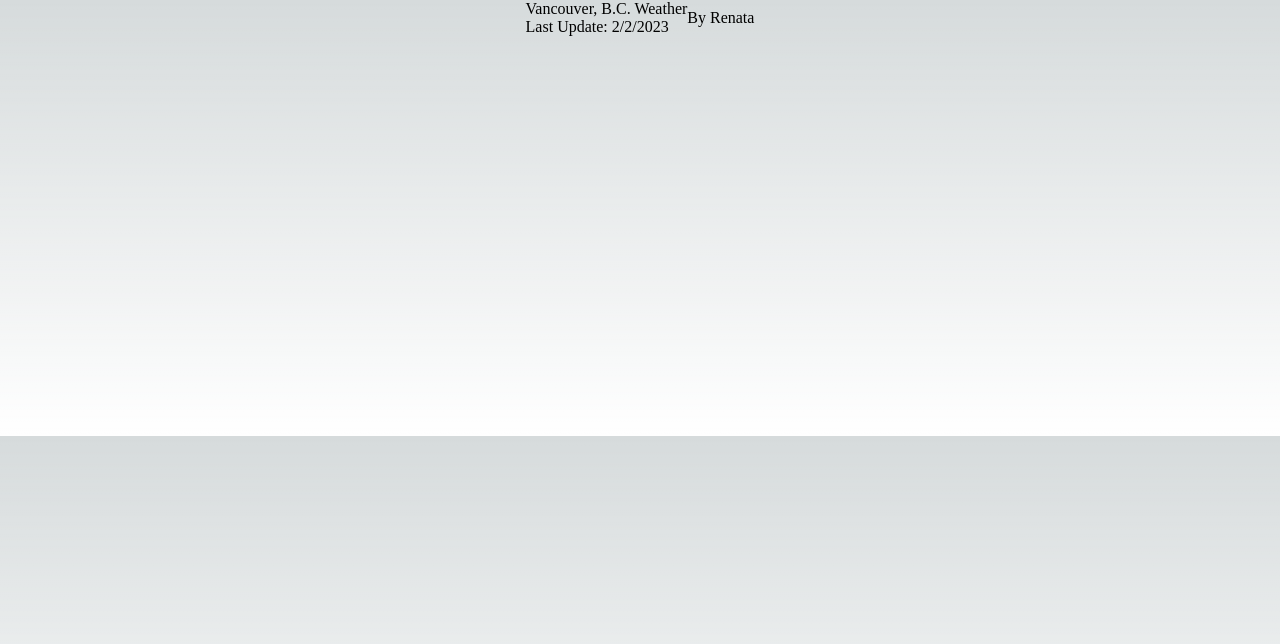
Repository: RenataDzotova/WeatherMate
Page: /
The author's editor kept a copy of each file at every save. The page is drawn from the files as they stood at one save, then again after the next save.
The browser window is 1280 px wide. The pictures show the whole page.
The project was rebuilt for these pictures with package versions that can differ from the ones it lists, and the page was loaded fresh each time. The framework's server and built-in components were replaced by stand-ins that run in the browser. Also part of the build but not shown: next.config.js.

Above is the page before, as saved 2023-02-23 21:25:39.

### pages/index.js
import Head from 'next/head'
import Image from 'next/image'
import { Inter } from '@next/font/google'
import styles from '@/styles/Home.module.css'
import { useEffect, useRef, useState } from 'react'
import axios from 'axios'
import { FlexBox, Wrapper } from '@/styles/global'

export default function Home() {

  var apiKey = "f1c3aba9f416efdb16702d2866709e98";
  const location = "vancouver";
  var lang = "en";
  var units = "metric";
  const url = `https://api.openweathermap.org/data/2.5/forecast?q=${location}&units=${units}&appid=${apiKey}&lang=${lang}`;

  const [data, setData] = useState();
  const grabWeather = useRef(false);

  const fetchWeather = async () => {
    const response = await axios.get(url);
    console.log(response);

    console.log(response.data.list);
    const arrayOfDays = [];

    let weatherData = response.data.list.map((weather, index)=>{
      console.log(parseInt(weather.dt_txt.substr(8,2),10))
      let num = parseInt(weather.dt_txt.substr(8,2),10)

      if (num !== arrayOfDays.find(element => element === num)) {
        arrayOfDays.push(num);
        console.log("Here");
        console.log(response.data.list[index]);

        var month = '';
        var icon = '';

        if (weather.dt_txt.substr(5,2) == 1){
          month = 'January';
        } else if (weather.dt_txt.substr(5,2) == 2){
          month = 'February';
        }else if (weather.dt_txt.substr(5,2) == 3){
          month = 'March';
        }else if (weather.dt_txt.substr(5,2) == 4){
          month = 'April';
        }else if (weather.dt_txt.substr(5,2) == 5){
          month = 'May';
        }else if (weather.dt_txt.substr(5,2) == 6){
          month = 'June';
        }else if (weather.dt_txt.substr(5,2) == 7){
          month = 'July';
        }else if (weather.dt_txt.substr(5,2) == 8){
          month = 'August';
        }else if (weather.dt_txt.substr(5,2) == 9){
          month = 'September';
        }else if (weather.dt_txt.substr(5,2) == 10){
          month = 'October';
        }else if (weather.dt_txt.substr(5,2) == 11){
          month = 'November';
        }else if (weather.dt_txt.substr(5,2) == 12){
          month = 'December';
        }

        if (weather.weather[0].main == "Clouds"){
          icon = '/weather icons/clouds.svg'
        } else if(weather.weather[0].main == "Clear"){
          icon = '/weather icons/sun.svg'
        }else if(weather.weather[0].main == "Atmosphere"){
          icon = '/weather icons/mist.svg'
        }else if(weather.weather[0].main == "Rain"){
          icon = '/weather icons/rain.svg'
        }else if(weather.weather[0].main == "Drizzle"){
          icon = '/weather icons/rain.svg'
        }else if(weather.weather[0].main == "Snow"){
          icon = '/weather icons/snow.svg'
        }else if(weather.weather[0].main == "Thunderstorm"){
          icon = '/weather icons/thunderstorm.svg'
        }


        var now = new Date(weather.dt_txt);
        var days = ["Sunday", "Monday", "Tuesday", "Wednsday", "Thursday", "Friday", "Saturday"];
        var day = days[now.getDay()];

        return(
          <FlexBox width="100%" key={index}>
            <Image
            src={icon}
            alt={icon}
            width={180}
            height={180}
            priority
            />
            <p>
              {day} <br /> {month} {weather.dt_txt.substr(8,2)}, {weather.dt_txt.substr(0,4)}
            </p>
            <FlexBox>{weather.main.temp.toFixed(1)}°</FlexBox>
            <FlexBox>{weather.weather[0].main}</FlexBox>
          </FlexBox>
        )
      }
    })
    console.log(arrayOfDays);
    setData(weatherData);
  }

  useEffect (() => {
    if(grabWeather.current === true) {
      fetchWeather();
    }

    return () => {
      grabWeather.current = true;
    }
  }, [])

  const current = new Date();
  const date = `${current.getDate()}/${current.getMonth()+1}/${current.getFullYear()}`


  return (
    <>
      {/* <Head>
        <title>Create Next App</title>
        <meta name="description" content="Generated by create next app" />
        <meta name="viewport" content="width=device-width, initial-scale=1" />
        <link rel="icon" href="/logo.svg.ico" />
      </Head> */}
      <Wrapper height="fit-content">
        <FlexBox dir="column" width="100%">

          <FlexBox width="100%" justifyContent="center" alignItems="center">
            <FlexBox width="fit-content">
              Vancouver, B.C. Weather <br/>
              Last Update: {date}
            </FlexBox>
            <FlexBox>
              <FlexBox>
                By{' '}
                Renata
              </FlexBox>
            </FlexBox>
          </FlexBox>

            <FlexBox width="100%" justifyContent="center" alignItems="center">
            <Image
            className={styles.logo}
            src="/logo.svg"
            alt="Next.js Logo"
            width={700}
            height={400}
            priority
            />
            </FlexBox>

          <FlexBox dir="column" width="100%">
            {data}
          </FlexBox>

        </FlexBox>
      </Wrapper>
    </>
  )
}

### styles/Home.module.css
.main {
  display: flex;
  flex-direction: column;
  justify-content: space-between;
  align-items: center;
  padding: 6rem;
  min-height: 100vh;
}

.description {
  display: inherit;
  justify-content: inherit;
  align-items: inherit;
  font-size: 0.85rem;
  max-width: var(--max-width);
  width: 100%;
  z-index: 2;
  font-family: var(--font-mono);
}

.description a {
  display: flex;
  justify-content: center;
  align-items: center;
  gap: 0.5rem;
}

.description p {
  position: relative;
  margin: 0;
  padding: 1rem;
  background-color: rgba(var(--callout-rgb), 0.5);
  border: 1px solid rgba(var(--callout-border-rgb), 0.3);
  border-radius: var(--border-radius);
}

.code {
  font-weight: 700;
  font-family: var(--font-mono);
}

.grid {
  display: grid;
  grid-template-columns: repeat(5, minmax(20%, auto));
  width: var(--max-width);
  max-width: 100%;
}

.card {
  padding: 1rem 1.2rem;
  border-radius: var(--border-radius);
  background: rgba(var(--card-rgb), 0);
  border: 1px solid rgba(var(--card-border-rgb), 0);
  transition: background 200ms, border 200ms;
}

.card span {
  display: inline-block;
  transition: transform 200ms;
}

.card h2 {
  font-weight: 600;
  margin-bottom: 0.7rem;
}

.card p {
  margin: 0;
  opacity: 0.6;
  font-size: 0.9rem;
  line-height: 1.5;
  max-width: 30ch;
}

.center {
  display: flex;
  justify-content: center;
  align-items: center;
  position: relative;
  padding: 4rem 0;
}

.center::before {
  background: var(--secondary-glow);
  border-radius: 50%;
  width: 480px;
  height: 360px;
  margin-left: -400px;
}

.center::after {
  background: var(--primary-glow);
  width: 240px;
  height: 180px;
  z-index: -1;
}

.center::before,
.center::after {
  content: '';
  left: 50%;
  position: absolute;
  filter: blur(45px);
  transform: translateZ(0);
}

.logo,
.thirteen {
  position: relative;
}

.thirteen {
  display: flex;
  justify-content: center;
  align-items: center;
  width: 75px;
  height: 75px;
  padding: 25px 10px;
  margin-left: 16px;
  transform: translateZ(0);
  border-radius: var(--border-radius);
  overflow: hidden;
  box-shadow: 0px 2px 8px -1px #0000001a;
}

.thirteen::before,
.thirteen::after {
  content: '';
  position: absolute;
  z-index: -1;
}

/* Conic Gradient Animation */
.thirteen::before {
  animation: 6s rotate linear infinite;
  width: 200%;
  height: 200%;
  background: var(--tile-border);
}

/* Inner Square */
.thirteen::after {
  inset: 0;
  padding: 1px;
  border-radius: var(--border-radius);
  background: linear-gradient(
    to bottom right,
    rgba(var(--tile-start-rgb), 1),
    rgba(var(--tile-end-rgb), 1)
  );
  background-clip: content-box;
}

/* Enable hover only on non-touch devices */
@media (hover: hover) and (pointer: fine) {
  .card:hover {
    background: rgba(var(--card-rgb), 0.1);
    border: 1px solid rgba(var(--card-border-rgb), 0.15);
  }

  .card:hover span {
    transform: translateX(4px);
  }
}

@media (prefers-reduced-motion) {
  .thirteen::before {
    animation: none;
  }

  .card:hover span {
    transform: none;
  }
}

/* Mobile */
@media (max-width: 700px) {
  .content {
    padding: 4rem;
  }

  .grid {
    grid-template-columns: 1fr;
    margin-bottom: 120px;
    max-width: 320px;
    text-align: center;
  }

  .card {
    padding: 1rem 2.5rem;
  }

  .card h2 {
    margin-bottom: 0.5rem;
  }

  .center {
    padding: 8rem 0 6rem;
  }

  .center::before {
    transform: none;
    height: 300px;
  }

  .description {
    font-size: 0.8rem;
  }

  .description a {
    padding: 1rem;
  }

  .description p,
  .description div {
    display: flex;
    justify-content: center;
    position: fixed;
    width: 100%;
  }

  .description p {
    align-items: center;
    inset: 0 0 auto;
    padding: 2rem 1rem 1.4rem;
    border-radius: 0;
    border: none;
    border-bottom: 1px solid rgba(var(--callout-border-rgb), 0.25);
    background: linear-gradient(
      to bottom,
      rgba(var(--background-start-rgb), 1),
      rgba(var(--callout-rgb), 0.5)
    );
    background-clip: padding-box;
    backdrop-filter: blur(24px);
  }

  .description div {
    align-items: flex-end;
    pointer-events: none;
    inset: auto 0 0;
    padding: 2rem;
    height: 200px;
    background: linear-gradient(
      to bottom,
      transparent 0%,
      rgb(var(--background-end-rgb)) 40%
    );
    z-index: 1;
  }
}

/* Tablet and Smaller Desktop */
@media (min-width: 701px) and (max-width: 1120px) {
  .grid {
    grid-template-columns: repeat(2, 50%);
  }
}

@media (prefers-color-scheme: dark) {
  .vercelLogo {
    filter: invert(1);
  }

  .logo,
  .thirteen img {
    filter: invert(1) drop-shadow(0 0 0.3rem #ffffff70);
  }
}

@keyframes rotate {
  from {
    transform: rotate(360deg);
  }
  to {
    transform: rotate(0deg);
  }
}

### styles/global.js
import styled from 'styled-components'

export const FlexBox = styled.div`
    display:flex;
    justify-content:${props=>props.justifyContent || "center"};
    align-items:${props=>props.alignItems || "center"};
    flex-direction:${props=>props.dir || "row"};
    flex-wrap: ${props=>props.flexWrap};
    width: ${props=>props.width};
    height: ${props=>props.height};
    background-color: ${props=>props.bgColor};
    padding: ${props=>props.padding};
    margin: ${props=>props.margin || "0px"};
    min-height: ${props=>props.minHeight};
    max-height: ${props=>props.maxHeight};
    background-image: ${props=>props.linearGradient || "none"}, url(${props=>props.bgImage});
    background-position: ${props=>props.bgPosition || "center"};
    background-size: ${props=>props.bgSize || "cover"};
    background-repeat: ${props=>props.bgRepeat};
    border-radius:${props=>props.borderRadius};
    filter: ${props=>props.filter};
    border: ${props=>props.border};
    z-index:${props=>props.zIndex};
    position: ${props=>props.position};
    top: ${props=>props.top};
    left:${props=>props.left};
    bottom: ${props=>props.bottom};
    border-bottom-style: ${props=>props.borderBottom};
    box-shadow: ${props=>props.boxShadow};
    border-top: ${props=>props.topBorder};
    border-bottom: ${props=>props.bottomBorder};
    color: ${props=>props.color};
    font-weight: ${props=>props.fontWeight};
    cursor: ${props=>props.cursor};
    max-width: ${props=>props.maxWidth};
    min-width: ${props=>props.minWidth};
    overflow-y: ${props=>props.overflowY};
    overflow-anchor: ${props=>props.overflowA};
    overflow-x: ${props=>props.overflowX};
`

export const Wrapper = styled(FlexBox) `
    width: 100vw;
    height: ${props=>props.height || "100vh"};
    padding:${props=>props.padding};
    overflow-x: ${props=>props.overflowX};
    overflow-y: ${props=>props.overflowY};
`

export const HorizontalScrollContainer = styled(FlexBox)`
    overflow-y: scroll;
    width: ${props=>props.width || "100vw"};
    scrollbar-width: none;

`

export const ImgPlaceholder = styled.div`
    width: ${props=>props.width || "134px"};
    height: ${props=>props.height || "154px"};
    border-radius: ${props=>props.borderRadius || "8px 0px 0px 8px"};
    background-image: url(${props=>props.bgImage});
    margin: ${props=>props.margin};
    position: ${props=>props.position};
    top: ${props=>props.top};
    background-position: center;
    background-size: cover;
`

Loaded but not shown: pages/_app.js (common file); pages/_document.js (common file); styles/globals.css (common file)

After the next save:
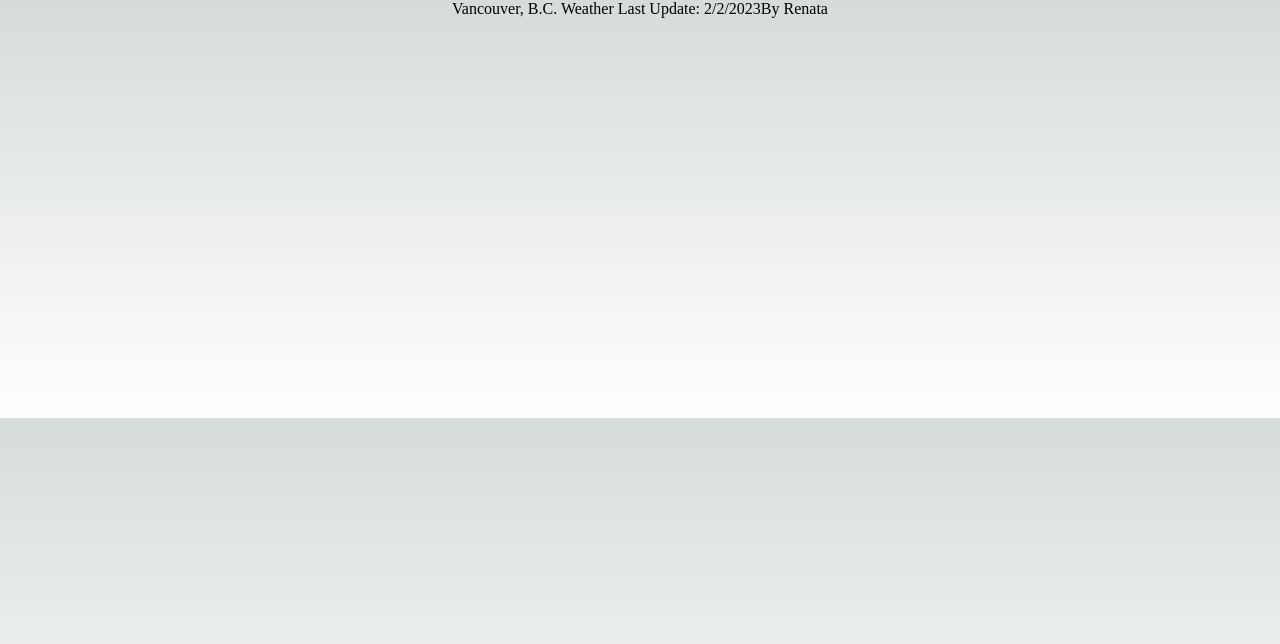
Saved 43 s later.
--- a/pages/index.js
+++ b/pages/index.js
@@ -132,7 +132,7 @@
 
           <FlexBox width="100%" justifyContent="center" alignItems="center">
             <FlexBox width="fit-content">
-              Vancouver, B.C. Weather <br/>
+              Vancouver, B.C. Weather
               Last Update: {date}
             </FlexBox>
             <FlexBox>
